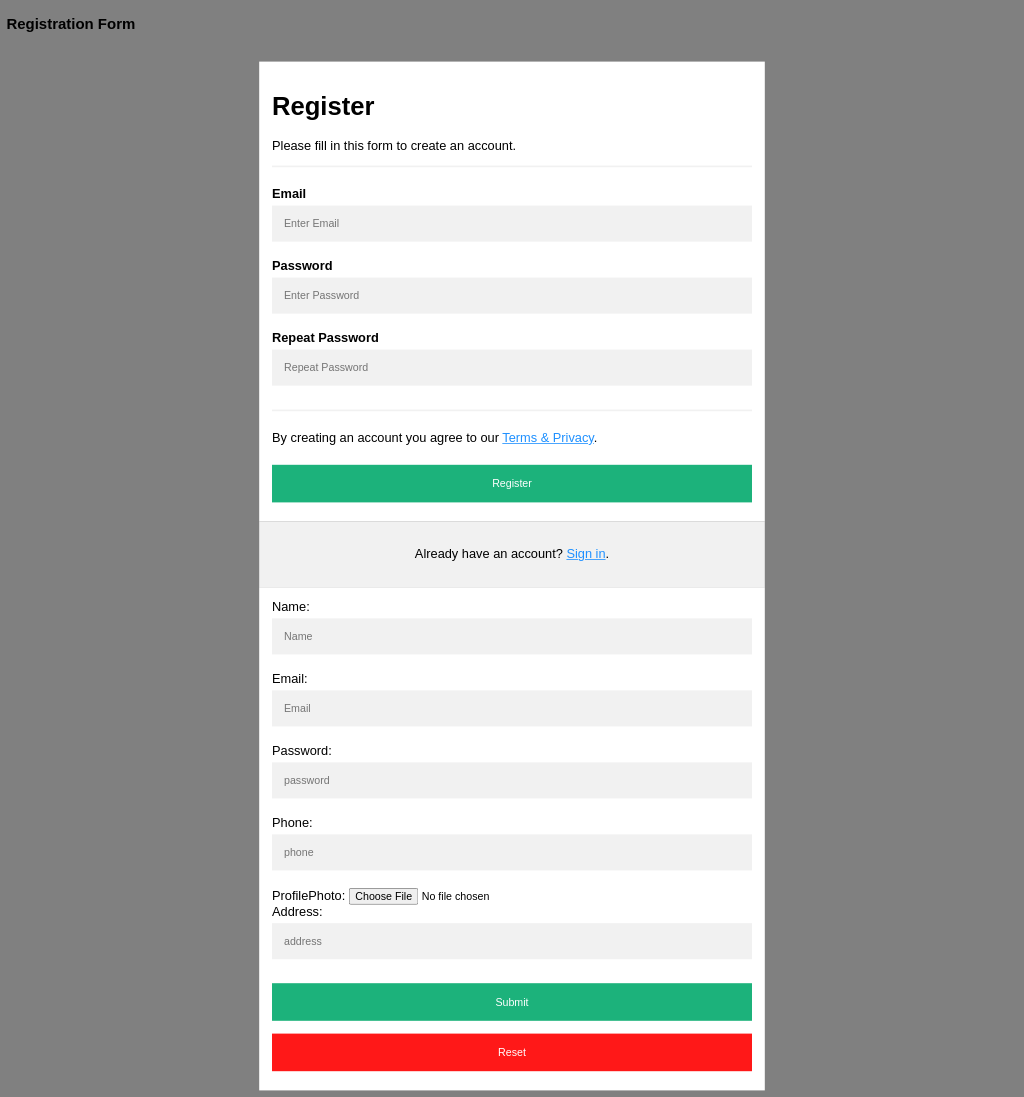
Repository: hemanthchallacs/learning_spring_boot
Page: http://localhost/RegistrationForm
An editor plug-in stored every save of this project. The page is shown before and after the next save, followed by the edit.
The browser window is 1280 px wide. The pictures show the whole page, at 80% of full size.
The page is this project's Thymeleaf template; nobody is signed in. The template is opened directly, without the code that normally fills it, so the values that code supplies are empty.

Above is the page before, as saved 2021-07-12 17:05:36.

### ver1_elearning/src/main/resources/templates/RegistrationForm.html
<!DOCTYPE html>
<html xmlns:th ="http://www.thymeleaf.org">
<head>
<meta charset="ISO-8859-1">
<title>Registration from</title>
<style>
div {

  height: 50%;
  width: 50%;



	margin: auto;
}
body {
  font-family: Arial, Helvetica, sans-serif;
  background-color: gray;
}

* {
  box-sizing: border-box;
}

/* Add padding to containers */
.container {
  padding: 16px;
  background-color: white;
}

/* Full-width input fields */
input[type=text], input[type=password] {
  width: 100%;
  padding: 15px;
  margin: 5px 0 22px 0;
  display: inline-block;
  border: none;
  background: #f1f1f1;
}

input[type=text]:focus, input[type=password]:focus {
  background-color: #ddd;
  outline: none;
}

/* Overwrite default styles of hr */
hr {
  border: 1px solid #f1f1f1;
  margin-bottom: 25px;
}

/* Set a style for the submit button */
.registerbtn {
  background-color: #04AA6D;
  color: white;
  padding: 16px 20px;
  margin: 8px 0;
  border: none;
  cursor: pointer;
  width: 100%;
  opacity: 0.9;
}

.resetbtn {
  background-color: red;
  color: white;
  padding: 16px 20px;
  margin: 8px 0;
  border: none;
  cursor: pointer;
  width: 100%;
  opacity: 0.9;
}
.registerbtn:hover {
  opacity: 1;
}

/* Add a blue text color to links */
a {
  color: dodgerblue;
}

/* Set a grey background color and center the text of the "sign in" section */
.signin {
  background-color: #f1f1f1;
  text-align: center;
}
</style>
</head>
<body>
<h3>Registration Form</h3>
<br>


<form action="/action_page.php">
  <div class="container">
    <h1>Register</h1>
    <p>Please fill in this form to create an account.</p>
    <hr>

    <label for="email"><b>Email</b></label>
    <input type="text" placeholder="Enter Email" name="email" id="email" required>

    <label for="psw"><b>Password</b></label>
    <input type="password" placeholder="Enter Password" name="psw" id="psw" required>

    <label for="psw-repeat"><b>Repeat Password</b></label>
    <input type="password" placeholder="Repeat Password" name="psw-repeat" id="psw-repeat" required>
    <hr>
    <p>By creating an account you agree to our <a href="#">Terms & Privacy</a>.</p>

    <button type="submit" class="registerbtn">Register</button>
  </div>

  <div class="container signin">
    <p>Already have an account? <a href="#">Sign in</a>.</p>
  </div>
</form>




<form th:action=@{/registerUser}  th:object=${newuser}  method="post" enctype="multipart/form-data">
<!--  UserID:<input type="text" placeholder= "UserID" th:field=*{user_id}>-->
  <div class="container">
Name:<input type="text" placeholder= "Name" th:field=*{name}>
Email:<input type="text" placeholder= "Email" th:field=*{email}>
Password:<input type="password" placeholder= "password" th:field=*{password}>
Phone:<input type="text" placeholder= "phone" th:field=*{phone_no}>
ProfilePhoto:
<input type="file" accept="image/*"name="image">
<br>
Address:<input type="text" placeholder= "address" th:field=*{address}>

<input  class="registerbtn" type="submit" name="Register">
<input class="resetbtn" type="reset" name= "Reset">
</div>


</form>


</body>
</html>

After the next save:
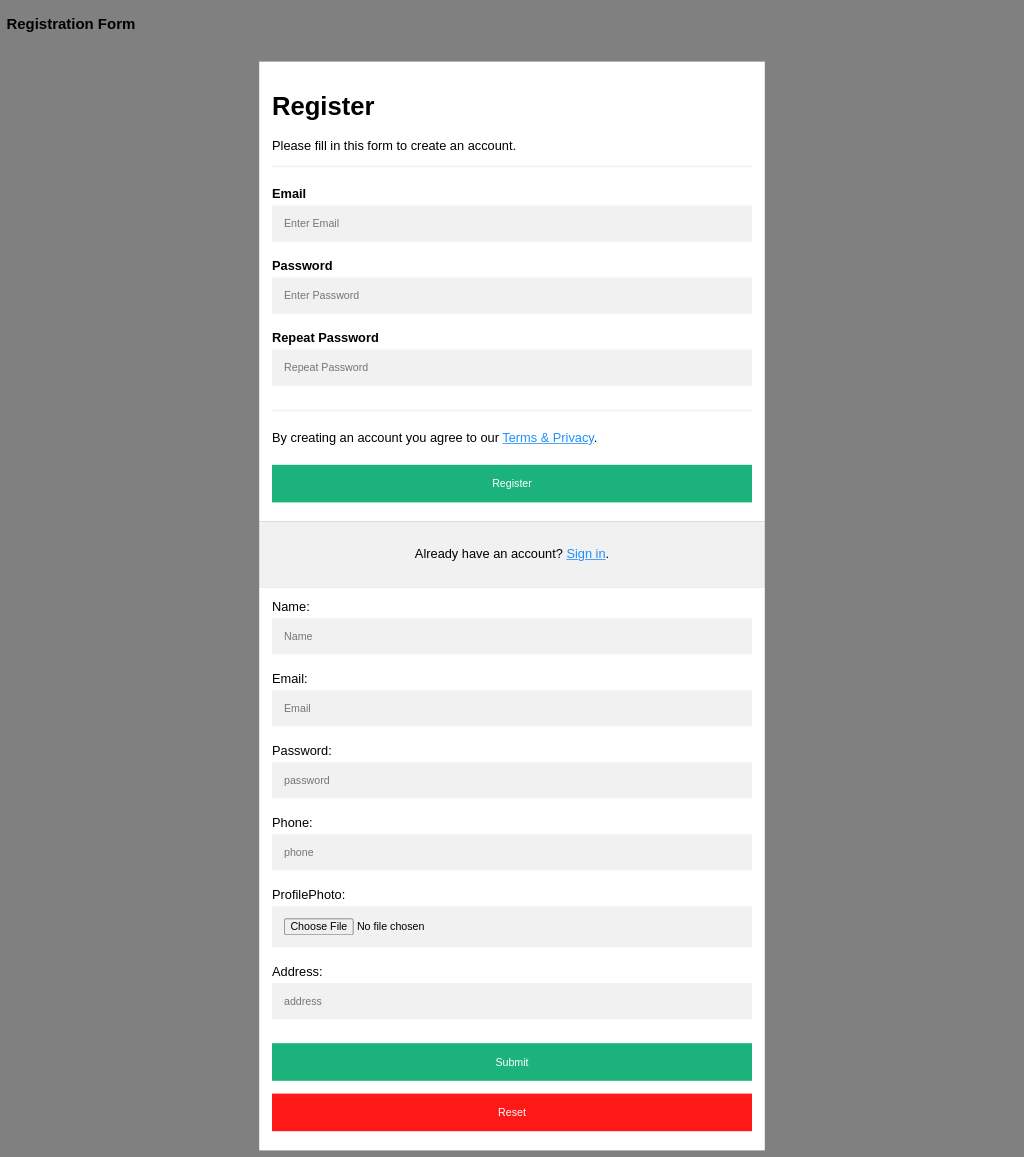
Saved 66 s later.
--- a/ver1_elearning/src/main/resources/templates/RegistrationForm.html
+++ b/ver1_elearning/src/main/resources/templates/RegistrationForm.html
@@ -29,6 +29,16 @@ body {
 }
 
 /* Full-width input fields */
+input[type=file], input[type=password] {
+  width: 100%;
+  padding: 15px;
+  margin: 5px 0 22px 0;
+  display: inline-block;
+  border: none;
+  background: #f1f1f1;
+}
+
+
 input[type=text], input[type=password] {
   width: 100%;
   padding: 15px;
